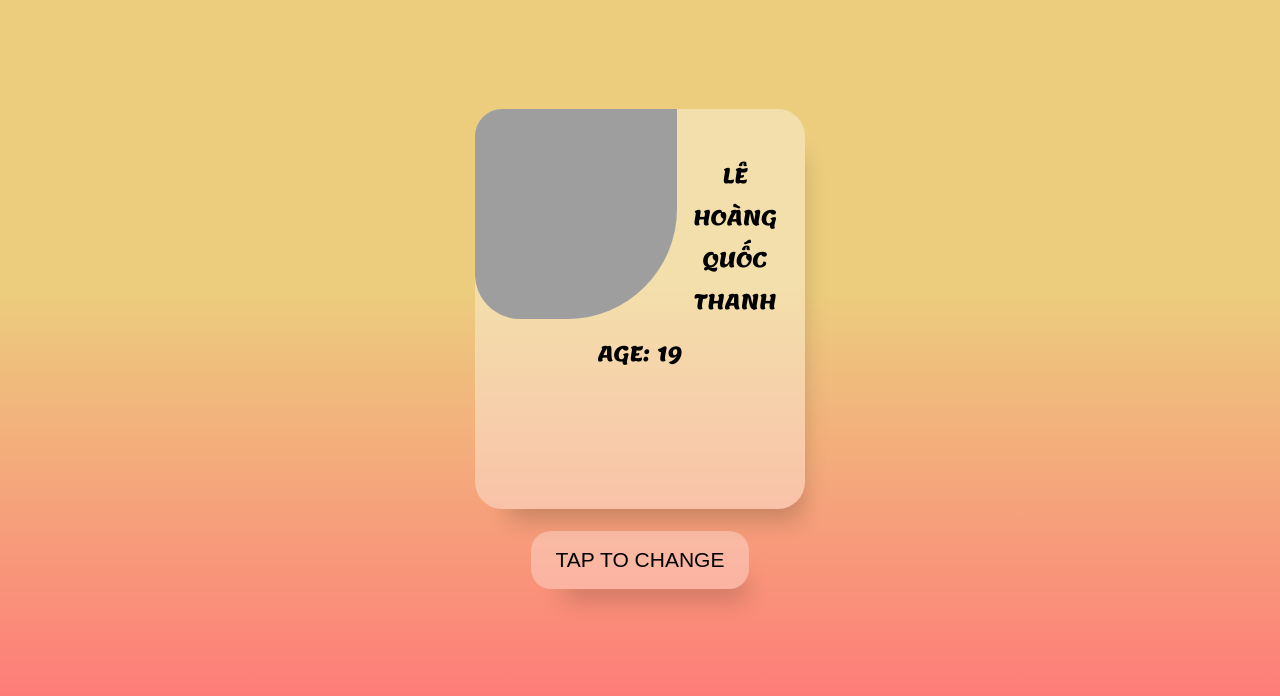
Repository: ThanhThn/profile
Page: index.html
These files come from the project's save history. The page is drawn as it stood at one moment and after a run of saves; the edit follows.
The browser window is 1280 px wide. The pictures show the whole page.
Pictures or frames that could not be fetched are drawn as grey boxes. Some web fonts or font styles are not loaded; a fallback is used.

Above is the page before, as saved 2022-12-05 20:02:49.

### index.html
<!DOCTYPE html>
<html lang="en">
<head>
    <meta charset="UTF-8">
    <meta http-equiv="X-UA-Compatible" content="IE=edge">
    <meta name="viewport" content="width=device-width, initial-scale=1.0">
    <title>Document</title>
    <link rel="stylesheet" href="style.css">
</head>
<body>
    <div class="container">
        <div class="content">
            <img src="avata.jpg" alt="avatar">
            <span class="name">LÊ hoàng quốc thanh</span>
            <span class="age" ></span>
        </div>
        <button class="btn">tap to change</button>
    </div>

    <script>
        var ages = new Date().getFullYear() - 2003;
        var text = document.getElementsByClassName("age");
        for(let i = 0; i < text.length; i++){
            text[i].innerHTML = `age: ${ages}`;
        }
    </script>
</body>
</html>

### style.css
@import url('https://fonts.googleapis.com/css2?family=Kodchasan:wght@700&family=Lemonada:wght@300;600;700&family=Pacifico&display=swap');
*{
    padding: 0;
    margin: 0;
    box-sizing: border-box;
}

body{
    background:  linear-gradient( to bottom, rgba(223, 172,39,60%) 40%, rgba(255,22,22,58%) 100% );
    width: 100%;
    height: 100vh;
}
.container{
    position: absolute;
    top: 50%;
    left: 50%;
    transform: translate(-50%, -50%);
    display: flex;
    flex-direction: column;
    align-items: center;
}

.content{
    width: 330px;
    height: 400px;
    background: rgba(255, 255, 255, 35%);
    border-radius: 27px;
    box-shadow: rgba(0, 0, 0, .2) 15px 28px 25px -18px;
}

.content img{
    width: 202px;
    height: 210px;
    border-radius: 27px 0 110px 45px;
    object-fit: cover;
    object-position: -32px 0;
}
span{
    width: 104px;
    font-size: 21px;
    text-transform: uppercase;
    font-weight: 700;
    font-family: 'Lemonada', cursive;
}
.content .name{
    position: absolute;
    text-align: center;
    top: 46px;
    left: 208px;
}

.content .age{
    display: block;
    position: relative;
    width: 100%;
    top: 10px;
    text-align: center;
}

.btn{
    background: rgba(255, 255, 255, .3);
    width: 218px;
    height: 58px;
    border-radius: 20px;
    border: none;
    margin: 22px;
    font-family: 'Kodchasan', sans-serif;
    font-size: 21px;
    text-transform: uppercase;
    box-shadow: rgba(0, 0, 0, .2) 15px 28px 25px -18px;
    background-position: 0 90%;
    background-repeat: repeat no-repeat;

}

.btn:hover {
    box-shadow: rgba(0, 0, 0, .3) 2px 8px 8px -5px;
    transform: translate3d(0, 2px, 0);
}


.btn:focus {
  box-shadow: rgba(0, 0, 0, .3) 2px 8px 4px -6px;
}

After the next 2 saves:
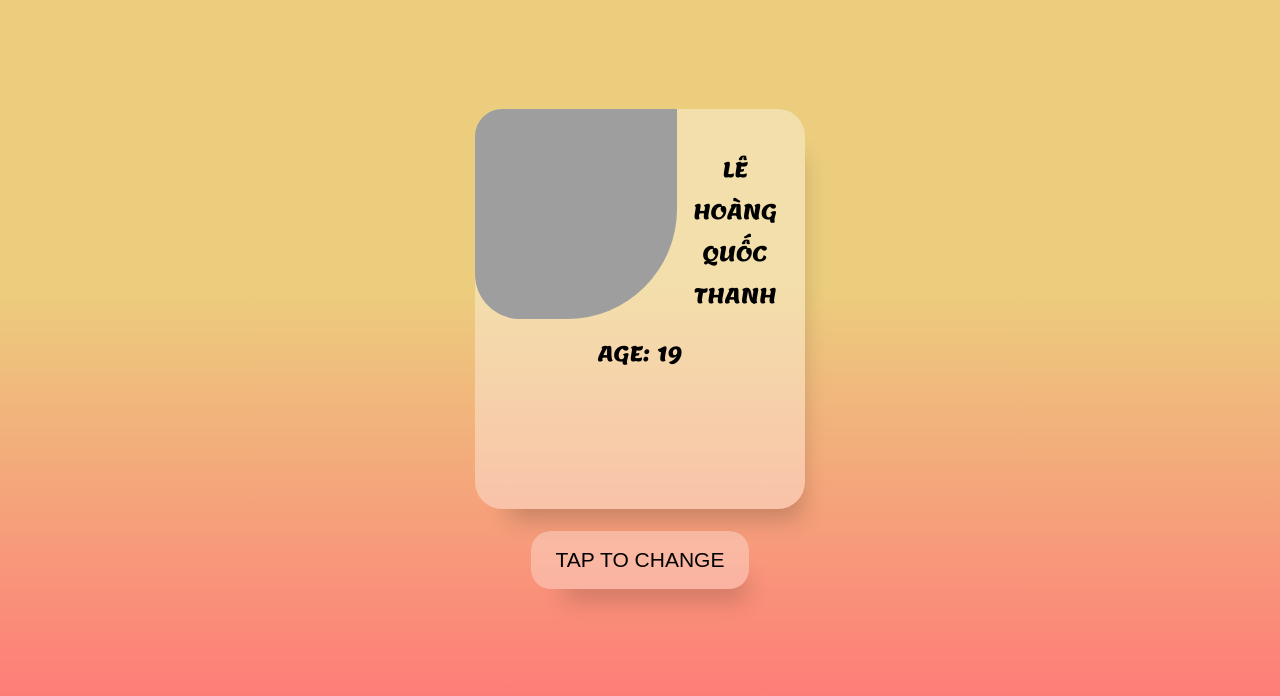
The 2 saves are shown as one change because they came seconds apart.
The last was saved 20 s later.
--- a/style.css
+++ b/style.css
@@ -45,7 +45,7 @@ span{
 .content .name{
     position: absolute;
     text-align: center;
-    top: 46px;
+    top: 40px;
     left: 208px;
 }
 
